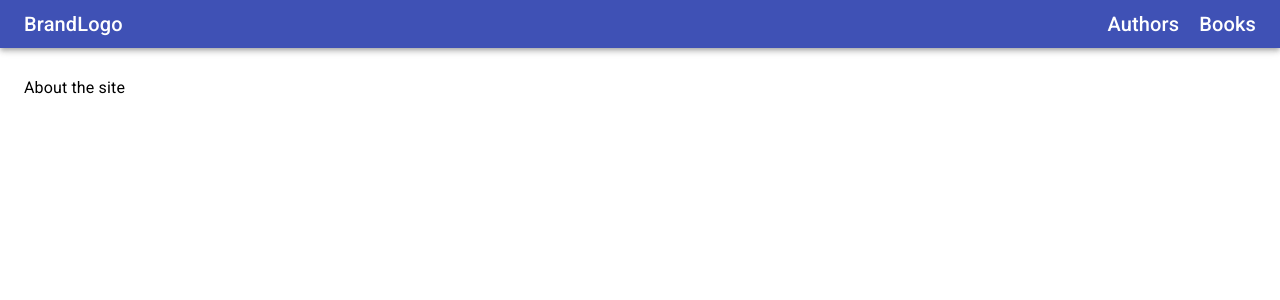
Repository: Sociophuck/00007494
Page: / (app in front/)
An editor plug-in stored every save of this project. The page is shown before and after the next save, followed by the edit.
The browser window is 1280 px wide. The pictures show the whole page.
The project was rebuilt for these pictures with package versions that can differ from the ones it lists, and the page was loaded fresh each time. Also part of the build but not shown: front/src/Author.js, front/src/Book.js, front/src/AuthorDetails.js.

Above is the page before, as saved 2021-04-04 15:37:34.

After the next save:
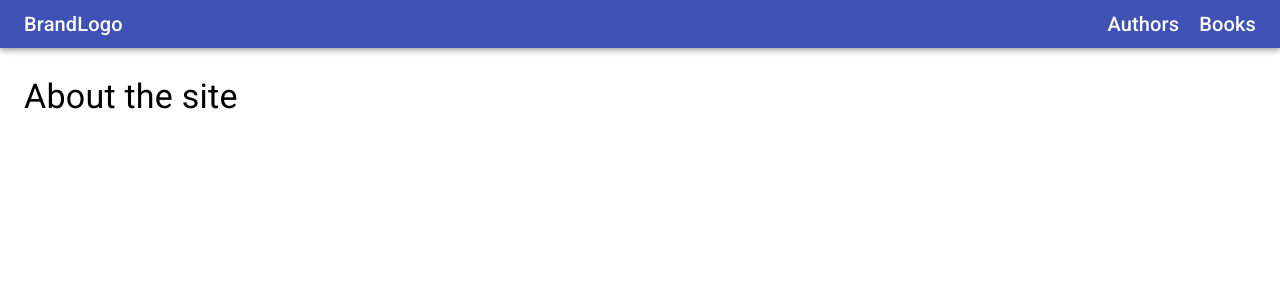
Saved 11 s later.
--- a/front/src/Home.js
+++ b/front/src/Home.js
@@ -3,7 +3,7 @@ import { Container, Typography } from "@material-ui/core";
 function Home() {
   return (
     <Container>
-      <Typography>About the site</Typography>
+      <Typography variant="h4">About the site</Typography>
     </Container>
   );
 }
